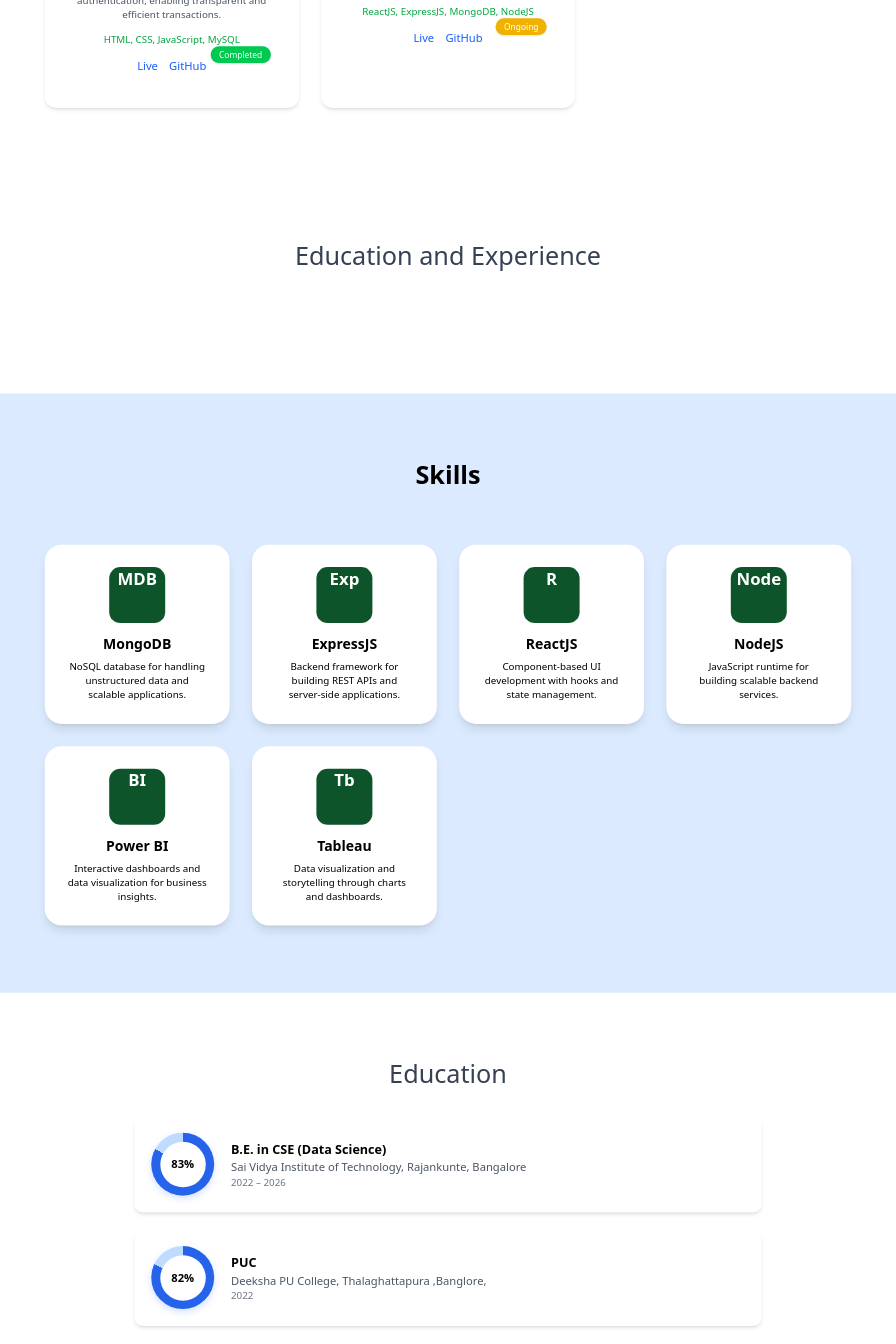
Repository: Rhaashee/myProfile
Page: index.html
The author's editor kept a copy of each file at every save. The page is drawn from the files as they stood at one save, then again after a run of saves.
The browser window is 1280 px wide. The pictures show the part of the page from y = 1743 to 3663 px (the page is 3919 px tall before and 3607 px after), at 70% of full size.

Above is the page before, as saved 2026-04-29 16:37:43.
Console error: SyntaxError: Identifier 'projectsData' has already been declared

### index.html
<!-- MERN_Stu_FebMay26Mys\W4\D5\portfolio-project\index.html -->
<!DOCTYPE html>
<html lang="en">

<head>
    <meta charset="UTF-8">
    <meta name="viewport" content="width=device-width, initial-scale=1.0">

    <title>Week 3 & 4 Portfolio Project</title>

    <script src="https://cdn.jsdelivr.net/npm/@tailwindcss/browser@4"></script>

    <link rel="stylesheet" href="css/custom.css">

</head>

<body>
    <!-- HERO SECTION -->

    <section
        class="min-h-screen flex flex-col lg:flex-row lg:items-center lg:justify-between px-8 lg:px-16 py-20 gap-12 lg:gap-20">

        <div class="order-2 lg:order-1 flex-1 lg:max-w-lg text-center lg:text-left">

            <h1 class="text-5xl mb-6 font-bold" style="font-family: 'Poppins', sans-serif;">Rhaashee L</h1>

            <p class="text-xl lg:text-2xl text-slate-600 font-bold mb-10 max-w-md mx-auto lg:mx-0">
                Full-Stack developer | MERN enthusiast | Competitive Programmer
            </p>

            <div
                class="flex flex-col sm:flex-row gap-4 justify-center lg:justify-start items-center lg:items-start mb-8">

                <a href="#projects" class="bg-red-400 hover:bg-green-500 px-10 py-4 rounded shadow-xl">
                    View Projects
                </a>

                <a href="#resume" class="bg-blue-400 hover:bg-green-500 px-10 py-4 rounded shadow-xl">
                    Download Resume
                </a>

            </div>

            <div class="flex flex-wrap gap-6 justify-center lg:justify-start text-sm font-bold">

                <span>100+ Github commits</span>
                <span>50 LeetCode Questions Solved</span>
                <span>1 live projects completed</span>

            </div>

        </div>

        <div class="order-1 lg:order-2 w-full lg:w-96 max-w-sm mx-auto lg:mx-0">

            <img src="assets/images/img.jpg" alt="My photo"
                class="aspect-square w-full rounded shadow-lg mx-auto lg:mx-0 hover:ring-blue-500 transition-all duration-300 hover:scale-[1.02]"
                loading="lazy">

        </div>

    </section>

    <!-- NAVBAR -->

    <nav class="sticky top-0 z-50 bg-white/95 backdrop-blur-md border-b shadow-lg">

        <div class="max-w-7xl mx-auto px-6 py-4 flex items-center justify-between">

            <a href="#"
                class="text-2xl font-bold bg-clip-text bg-gradient-to-r from-red-400 to-slate-700 text-transparent">
                RL
            </a>

            <ul class="hidden md:flex items-center gap-10">

                <li><a href="#projects" class="text-lg font-bold hover:text-blue-600">Projects</a></li>

                <li><a href="#experience" class="text-lg font-bold hover:text-blue-600">Experience</a></li>

                <li><a href="#skills" class="text-lg font-bold hover:text-blue-600">Skills</a></li>

            </ul>
            <button id="theme-toggle" class="bg-blue-200 px-4 py-2 rounded font-bold">Theme</button>
            <a href="#contact" class="bg-red-400 hover:bg-green-500 rounded transition-all duration-300 px-8 py-3">
                Let's talk
            </a>

        </div>

    </nav>

    <!-- PROJECTS -->

    <section id="projects" class="py-24 px-8 lg:px-16">

        <div class="max-w-7xl mx-auto">

            <div class="text-center mb-10">

                <h2 class="text-4xl lg:text-5xl mb-6">My Projects</h2>

                <p class="text-xl max-w-2xl mx-auto">
                    Enterprise scale full-stack applications built with modern frameworks
                </p>

            </div>

            <!-- Project Search (Feature will attach here) -->

            <div class="mb-10 text-center">

                <input id="project-search" type="text" placeholder="Search projects..."
                    class="border rounded px-6 py-3 w-full max-w-md">

            </div>

            <!-- Project Filter Bar -->

            <div id="project-filters" class="flex flex-wrap justify-center gap-4 mb-12">
            </div>

            <!-- Dynamic container for projects -->

            <div id="projects-container" class="grid grid-cols-1 md:grid-cols-2 lg:grid-cols-3 gap-8">
            </div>

        </div>

    </section>

    <!-- EXPERIENCE -->

    <section id="experience" class="py-24 px-8 lg:px-16">

        <div class="max-w-4xl mx-auto">

            <h2 class="text-4xl text-gray-700 text-center mb-20">
                Education and Experience
            </h2>

            <!-- existing experience cards remain unchanged -->

        </div>

    </section>

    <!-- SKILLS -->

    <section id="skills" class="py-24 px-8 lg:px-16 bg-blue-100">

        <div class="max-w-7xl mx-auto">

            <h2 class="text-4xl text-center font-bold mb-20">
                Skills
            </h2>

            <!-- Dynamic Skills Container -->

            <div id="skills-container" class="grid grid-cols-1 md:grid-cols-2 lg:grid-cols-4 gap-8">
            </div>

        </div>

    </section>

    <!-- CONTACT MODAL -->

    <button id="modal-trigger"
        class="fixed bottom-8 right-8 w-16 h-16 bg-blue-900 text-white rounded-full shadow-2xl flex items-center justify-center text-2xl font-bold">
        ☏
    </button>

    <div id="contact-modal" class="fixed inset-0 z-50 hidden bg-black/50 backdrop-blur-md">

        <div class="flex items-center justify-center min-h-screen p-4">

            <div id="modal-content"
                class="bg-white w-full max-w-md rounded-2xl shadow-2xl scale-95 opacity-0 transition-all duration-300">

                <div class="sticky top-0 border-b p-8 pt-12 bg-white">

                    <h3 class="text-2xl font-bold">Contact Me</h3>

                    <button id="modal-close" class="absolute top-6 right-6 text-2xl font-bold">
                        ×
                    </button>

                </div>

                <form id="contact-form" class="p-8 space-y-4">

                    <input id="contact-name" type="text" placeholder="Your name"
                        class="w-full border rounded px-4 py-3">

                    <input id="contact-email" type="email" placeholder="email@website.com"
                        class="w-full border rounded px-4 py-3">

                    <p id="form-message" class="text-sm text-red-500"></p>

                    <div class="flex flex-col sm:flex-row gap-4 pt-4">

                        <button type="button" id="form-cancel" class="flex-1 font-bold py-4 px-6">
                            Cancel
                        </button>

                        <button type="submit" class="flex-1 font-bold py-4 px-6">
                            Submit
                        </button>

                    </div>

                </form>

            </div>

        </div>

    </div>
    <!--Education and experience-->
    <section id="experience" class="py-24 px-8 lg:px-16">

        <div class="max-w-4xl mx-auto">

            <h2 class="text-4xl text-gray-700 text-center mb-10">
                Education
            </h2>

            <!-- Dynamic Education -->
            <div id="education-container"></div>

        </div>

    </section>
    <!-- SWIPE TO HOME BUTTON -->

    <button id="home-swiper"
        class="fixed bottom-8 left-8 bg-pink-200 text-white px-5 py-3 rounded-full shadow-xl hover:bg-blue-600 transition">
        Back to Home
    </button>
    <!-- MAIN JS ENTRY-->

    <script src="js/data/projects.js"></script>
    <script src="js/data/skills.js"></script>
    <script src="js/features/skills-render.js"></script>
    <script src="js/features/modal.js"></script>
    <script src="js/features/contact-validation.js"></script>
    <script src="js/features/theme-toggle.js"></script>
    <script src="js/data/projects.js"></script>
    <script src="js/features/project-filter.js"></script>
    <script src="js/features/project-search.js"></script>
    <script src="js/main.js"></script>
    <script src="js/features/BackToTop.js"></script>
    <script src="js/data/education.js"></script>
    <script src="js/features/education-render.js"></script>



</body>

</html>

### css/custom.css
.dark-mode{
    background-color: black;
    color: white;
}
.dark-mode nav{
    background-color: rgb(178, 173, 173);
    color: white;
}
.dark-mode section{
    background-color: rgb(0, 0, 0);
    color: white;
}
.dark-mode .bg-blue-100{
    background-color: rgb(235, 236, 240);
    color: rgb(153, 145, 145);
}
.dark-mode .bg-white{
    background-color: rgb(0, 0, 0);
}
.dark-mode .text-gray-700{
    color: white;
}
.line-clamp-2 {
  display: -webkit-box;
  -webkit-line-clamp: 2;
  -webkit-box-orient: vertical;
  overflow: hidden;
}
.progress-circle {
  width: 90px;
  height: 90px;
  border-radius: 50%;
  display: flex;
  align-items: center;
  justify-content: center;
  box-shadow: 0 4px 10px rgba(37, 99, 235, 0.2);
}

.inner-circle {
  width: 65px;
  height: 65px;
  background: white;
  border-radius: 50%;
  display: flex;
  align-items: center;
  justify-content: center;
  font-weight: bold;
}

.dark .inner-circle {
  background: #eff6ff;
}

### js/data/projects.js
const projectsData = [
  {
    id: 1,
    name: "Virtual Herbal Garden – AYUSH Soap Products",
    category: "Web Development",
    description:
      "Designed an interactive platform for exploring herbal plants and their uses in AYUSH soap products, providing detailed plant and product information.",
    technologies: ["Python", "HTML", "CSS"],
    status: "Completed",
    liveDemo: "#",
    github: "#"
  },
  {
    id: 2,
    name: "AI-Integrated Feedback System for Teachers (Prototype)",
    category: "AI / NLP",
    description:
      "Built a prototype to automate student feedback collection and analysis using NLP techniques, enabling structured insights from textual responses.",
    technologies: ["Python", "Flask", "NLP"],
    status: "Prototype",
    liveDemo: "#",
    github: "#"
  },
  {
    id: 3,
    name: "Portfolio Website",
    category: "Frontend",
    description:
      "Responsive personal portfolio website showcasing projects, skills, and contact information.",
    technologies: ["HTML", "Tailwind CSS", "JavaScript"],
    status: "Live",
    liveDemo: "#",
    github: "#"
  },{

    id: 5,
    name: "Land Leasing Platform for Farmers (Ongoing)",
    category: "Web Development",
    description:
      "Developing a web-based platform for secure land leasing with buyer and seller authentication, enabling transparent and efficient transactions.",
    technologies: ["HTML", "CSS", "JavaScript", "MySQL"],
    status: "Completed",
    liveDemo: "#",
    github: "#"
  },
  {
    id: 6,
    name: "BookMyShow Clone",
    category: "MERN",
    description:
      "Full stack movie ticket booking application with AI-powered smart movie suggestions.",
    technologies: ["ReactJS", "ExpressJS", "MongoDB", "NodeJS"],
    status: "Ongoing",
    liveDemo: "#",
    github: "#"
  }

];

### js/data/skills.js

const skillsData = [
  {
    id: 1,
    name: "MongoDB",
    shortLabel: "MDB",
    description: "NoSQL database for handling unstructured data and scalable applications."
  },
  {
    id: 2,
    name: "ExpressJS",
    shortLabel: "Exp",
    description: "Backend framework for building REST APIs and server-side applications."
  },
  {
    id: 3,
    name: "ReactJS",
    shortLabel: "R",
    description: "Component-based UI development with hooks and state management."
  },
  {
    id: 4,
    name: "NodeJS",
    shortLabel: "Node",
    description: "JavaScript runtime for building scalable backend services."
  },
  {
    id: 5,
    name: "Power BI",
    shortLabel: "BI",
    description: "Interactive dashboards and data visualization for business insights."
  },
  {
    id: 6,
    name: "Tableau",
    shortLabel: "Tb",
    description: "Data visualization and storytelling through charts and dashboards."
  },

];

### js/features/skills-render.js
function renderSkills(){
    const skillsContainer = document.getElementById("skills-container");

    if(!skillsContainer){
        console.log("Skills Contianer not found");
        return;
    }
    skillsContainer.innerHTML = "";
    skillsData.forEach(function(skill){
        // to create outer card
        const card = document.createElement("div");
        card.className = "p-8 text-center bg-white rounded-3xl shadow-lg";

        // create icon
        const iconBox = document.createElement("div");
        iconBox.className = "w-20 h-20 mx-auto mb-4 bg-green-900 rounded-2xl flex item-center justify-center";

        // create icon
        const iconText = document.createElement("span");
        iconText.className = "text-2xl text-white font-bold"
        iconText.textContent = skill.shortLabel;

        // Put iconText inside iconBox
        iconBox.appendChild(iconText);

        // create a skill name
        const skillsName = document.createElement("h3");
        skillsName.className = "text-xl font-bold mb-2";
        skillsName.textContent = skill.name;

        // create skill description
        const skillDescription = document.createElement("p");
        skillDescription.className = "text-sm";
        skillDescription.textContent = skill.description;

        // append all child elements to card
        card.appendChild(iconBox);
        card.appendChild(skillsName);
        card.appendChild(skillDescription);

        // append card to skills container
        skillsContainer.appendChild(card);
    });
    console.log("Skills rendered successfully");
}

### js/features/modal.js
function initModal(){
    const modal = document.getElementById("contact-modal");
    const modalContent = document.getElementById("modal-content");
    const modalTrigger = document.getElementById("modal-trigger");
    const modalClose = document.getElementById("modal-close");
    const formCancel = document.getElementById("form-cancel");

    if(!modal || !modalContent || !modalTrigger || !modalClose || !formCancel){
        console.log("Modal element not found");
        return;
    }
    function openModal(){
        modal.classList.remove("hidden");

        setTimeout(function(){
            modalContent.classList.remove("scale-95","opacity-0");
        },10);
    }
    function closeModal(){
        modalContent.classList.add("scale-95","opacity-0");
        setTimeout(function(){
            modal.classList.add("hidden");
        },200);
    }
    modalTrigger.addEventListener("click",openModal);
    modalClose.addEventListener("click",closeModal);
    formCancel.addEventListener("click",closeModal);

    //close when clicking on backdrop
    modal.addEventListener("click",function(event){
        if(event.target === modal){
            closeModal();
        }
    });
    console.log("Modal opened successfully");
}

### js/features/contact-validation.js
function initContactValidation(){
    const contactModal = document.getElementById("contact-modal");
    const contactForm = document.getElementById("contact-form");
    const contactName = document.getElementById("contact-name");
    const contactEmail = document.getElementById("contact-email");
    const formMessage = document.getElementById("form-message");

    if(!contactModal || !contactForm || !contactName || !contactEmail || !formMessage){
        console.log("Contact form elements not found");
        return;
    }

    contactForm.addEventListener("submit",function(event){
        event.preventDefault();

        const name = contactName.value.trim();
        const email = contactEmail.value.trim();

        formMessage.textContent = "";
        formMessage.className = "text-sm";

        // Name validation
        if(name === ""){
            formMessage.textContent = "Name is required";
            formMessage.classList.add("text-red-500");
            contactName.focus();
            return;
        }
        if(name.length < 5){
            formMessage.textContent = "Name must be atleast 5 chars"
            formMessage.classList.add("text-red-500");
            contactName.focus();
            return;
        }
        // Email Validation
        if(email === ""){
            formMessage.textContent = "Email is required";
            formMessage.classList.add("text-red-500");
            contactEmail.focus();
            return;
        }
        const emailPattern = /^[^\s@]+@[^\s@]+\.[^\s@]+$/;

        if(!emailPattern.test(email)){
            formMessage.textContent = "Enter valid email";
            formMessage.classList.add("text-red-500");
            contactEmail.focus();
            return;
        }

        formMessage.textContent = "Meassage Submitted Sucessfully";
        formMessage.classList.add("text-green-600");
        console.log("Valid credentials : ",{name:name,email:email});
        contactForm.reset();
    });
    contactName.addEventListener("input",function(){
        formMessage.textContent = "";
    });
    contactEmail.addEventListener("input",function(){
        formMessage.textContent = "";
    });
}

### js/features/theme-toggle.js
function initThemeToggle(){
    const toggleBtn = document.getElementById("theme-toggle");
    const body = document.body;

    const savedTheme = localStorage.getItem("portfolio-theme");

    if(savedTheme === "dark"){
        body.classList.add("dark-mode");
    }
    toggleBtn.addEventListener("click",function(){
        body.classList.toggle("dark-mode");
        if(body.classList.contains("dark-mode")){
            localStorage.setItem("portfolio-theme","dark");
            console.log("Dark mode enanbled");
        }else{
            localStorage.setItem("portfolio-theme","light");
            console.log("Light mode enanbled");
        }
    });
}

### js/features/project-search.js
// Search
document.addEventListener("DOMContentLoaded", () => {

    const searchInput = document.getElementById("project-search");

    // initial render
    renderProjects(projectsData);
    renderFilters();

    searchInput.addEventListener("input", () => {

        const term = searchInput.value.toLowerCase();

        const filtered = projectsData.filter((p) =>
            p.name.toLowerCase().includes(term) ||
            p.description.toLowerCase().includes(term) ||
            p.technologies.join(" ").toLowerCase().includes(term) ||
            p.category.toLowerCase().includes(term)
        );

        renderProjects(filtered);
    });

});

### js/main.js
document.addEventListener("DOMContentLoaded", function(){
    // Render Skills
    renderSkills();
    initModal();
    initContactValidation();
    initThemeToggle();
    SearchProjects();
})
document.addEventListener("DOMContentLoaded", () => {
  renderEducation();
});

### js/features/BackToTop.js
const swiperButton = document.getElementById("home-swiper");

// safety check (important)
if (swiperButton) {

    // hide initially
    swiperButton.style.display = "none";

    // scroll to top
    swiperButton.addEventListener("click", function () {
        window.scrollTo({
            top: 0,
            behavior: "smooth"
        });
    });

    // show on scroll
    window.addEventListener("scroll", function () {
        if (window.scrollY > 300) {
            swiperButton.style.display = "block";
        } else {
            swiperButton.style.display = "none";
        }
    });

}

### js/data/education.js
const educationData = [
    {
        id: 1,
        title: "B.E. in CSE (Data Science)",
        institution: "Sai Vidya Institute of Technology, Rajankunte, Bangalore",
        percentage: 83,
        duration: "2022 – 2026"
    },
    {
        id: 2,
        title: "PUC",
        institution: "Deeksha PU College, Thalaghattapura ,Banglore,",
        percentage: 82,
        duration: "2022"
    },
    {
        id: 3,
        title: "Schooling",
        institution: "Nitte International School, Mylapanahhali ,Yelehanka ,Banaglore",
        percentage: 69,
        duration: "2020"
    }
];

### js/features/education-render.js
function renderEducation() {
    const container = document.getElementById("education-container");

    if (!container) return;

    container.innerHTML = "";

    educationData.forEach((edu) => {

        // CARD
        const card = document.createElement("div");
        card.className =
            "flex items-center gap-6 bg-white dark:bg-blue-50 p-6 mb-6 rounded-xl shadow-md hover:shadow-lg transition";

        //  DONUT CIRCLE
        const circle = document.createElement("div");
        circle.className = "progress-circle";

        const value = edu.percentage;

        // BLUE DONUT
        circle.style.background =
            `conic-gradient(#2563eb ${value}%, #bfdbfe ${value}%)`;

        const inner = document.createElement("div");
        inner.className = "inner-circle";
        inner.textContent = value + "%";

        circle.appendChild(inner);

        // TEXT displaying name of school and college
        const textBox = document.createElement("div");

        const title = document.createElement("h3");
        title.className = "text-lg font-bold";
        title.textContent = edu.title;

        const inst = document.createElement("p");
        inst.className = "text-gray-600";
        inst.textContent = edu.institution;

        const duration = document.createElement("p");
        duration.className = "text-sm text-gray-500";
        duration.textContent = edu.duration;

        textBox.append(title, inst, duration);

        // FINAL
        card.append(circle, textBox);
        container.appendChild(card);
    });
}

Loaded but not shown: js/features/project-filter.js (88 lines, source omitted)

After the next 2 saves:
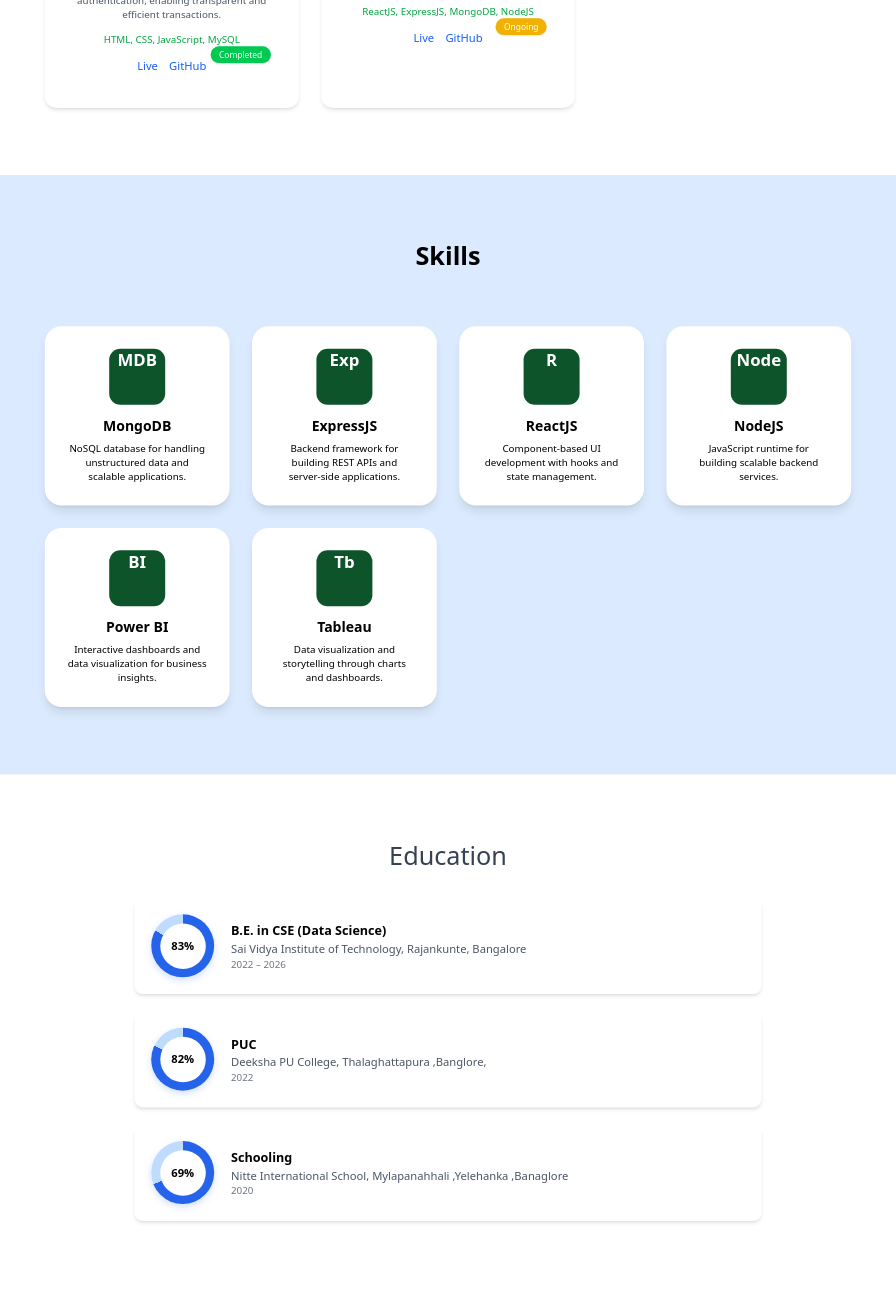
The 2 saves are shown as one change because they came seconds apart.
The last was saved 88 s later.
--- a/index.html
+++ b/index.html
@@ -129,19 +129,6 @@
 
     </section>
 
-    <!-- EXPERIENCE -->
-
-    <section id="experience" class="py-24 px-8 lg:px-16">
-
-        <div class="max-w-4xl mx-auto">
-
-            <h2 class="text-4xl text-gray-700 text-center mb-20">
-                Education and Experience
-            </h2>
-
-            <!-- existing experience cards remain unchanged -->
-
-        </div>
 
     </section>
 
